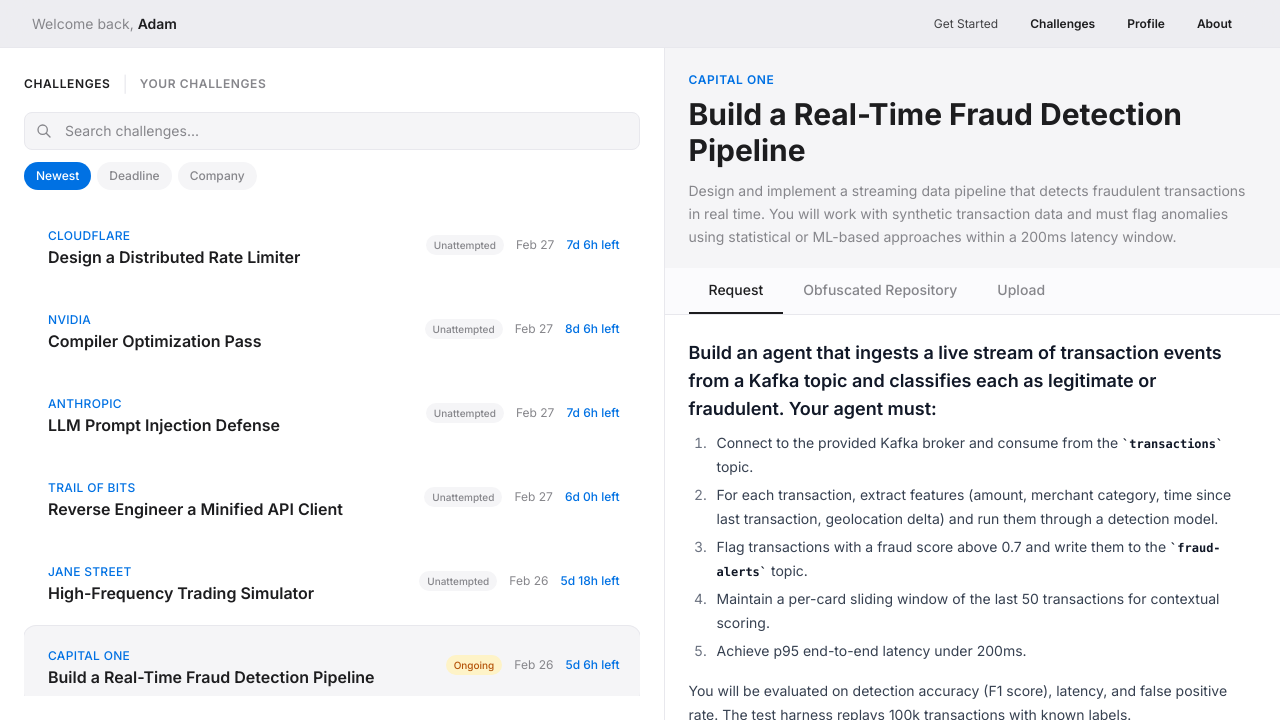
Repository: Ypout07/raikes-hacks
Page: / (app in web/)
These files come from the project's save history. The page is drawn as it stood at one moment and after the next save; the edit follows.
The browser window is 1280 px wide. The pictures show the whole page.
An inner scrolling area shows only its first screen. The project was rebuilt for these pictures with package versions that can differ from the ones it lists, and the page was loaded fresh each time. The framework's server and built-in components were replaced by stand-ins that run in the browser. Also part of the build but not shown: web/next.config.ts.

Above is the page before, as saved 2026-02-28 21:57:10.

After the next save:
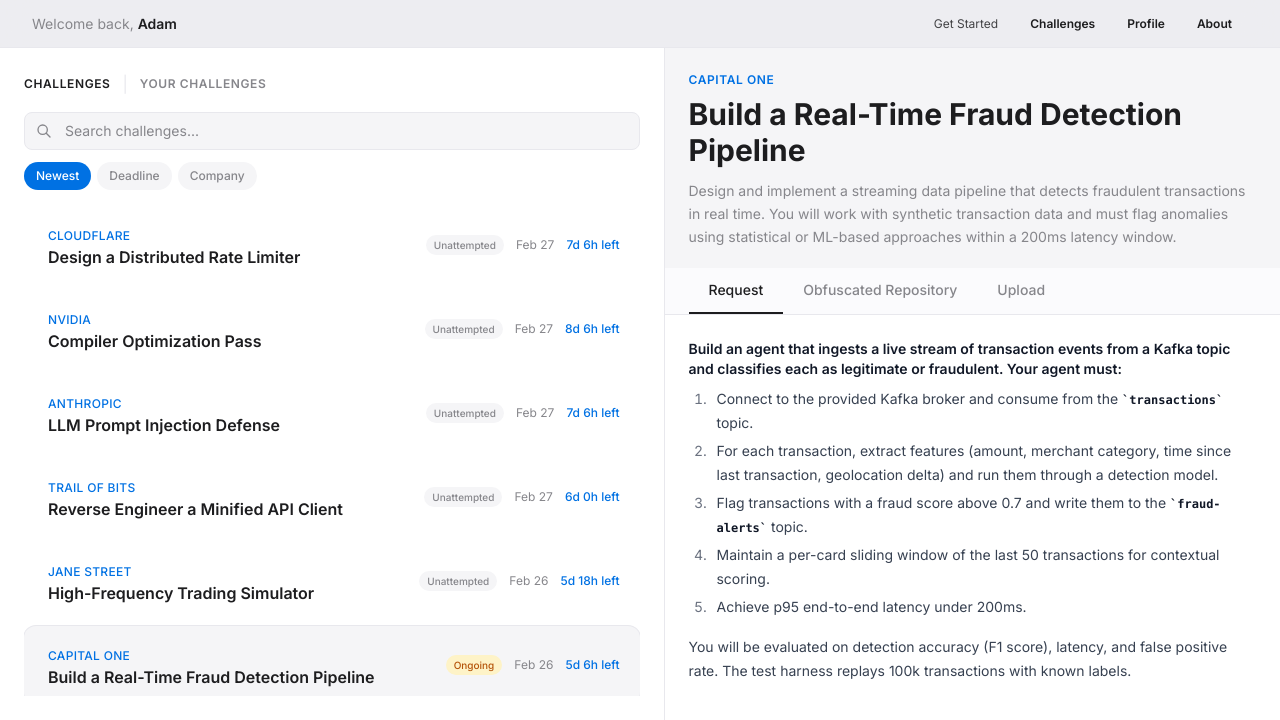
Saved 8 s later.
--- a/web/src/lib/mockChallenges.ts
+++ b/web/src/lib/mockChallenges.ts
@@ -8,7 +8,7 @@
         description:
             "Design and implement a streaming data pipeline that detects fraudulent transactions in real time. You will work with synthetic transaction data and must flag anomalies using statistical or ML-based approaches within a 200ms latency window.",
         request:
-            "### Build an agent that ingests a live stream of transaction events from a Kafka topic and classifies each as legitimate or fraudulent. Your agent must:\n\n1. Connect to the provided Kafka broker and consume from the `transactions` topic.\n2. For each transaction, extract features (amount, merchant category, time since last transaction, geolocation delta) and run them through a detection model.\n3. Flag transactions with a fraud score above 0.7 and write them to the `fraud-alerts` topic.\n4. Maintain a per-card sliding window of the last 50 transactions for contextual scoring.\n5. Achieve p95 end-to-end latency under 200ms.\n\nYou will be evaluated on detection accuracy (F1 score), latency, and false positive rate. The test harness replays 100k transactions with known labels.",
+            "#### Build an agent that ingests a live stream of transaction events from a Kafka topic and classifies each as legitimate or fraudulent. Your agent must:\n\n1. Connect to the provided Kafka broker and consume from the `transactions` topic.\n2. For each transaction, extract features (amount, merchant category, time since last transaction, geolocation delta) and run them through a detection model.\n3. Flag transactions with a fraud score above 0.7 and write them to the `fraud-alerts` topic.\n4. Maintain a per-card sliding window of the last 50 transactions for contextual scoring.\n5. Achieve p95 end-to-end latency under 200ms.\n\nYou will be evaluated on detection accuracy (F1 score), latency, and false positive rate. The test harness replays 100k transactions with known labels.",
         postedAt: "2026-02-26T10:00:00Z",
         deadline: "2026-03-05T23:59:00Z",
         status: "ongoing",
